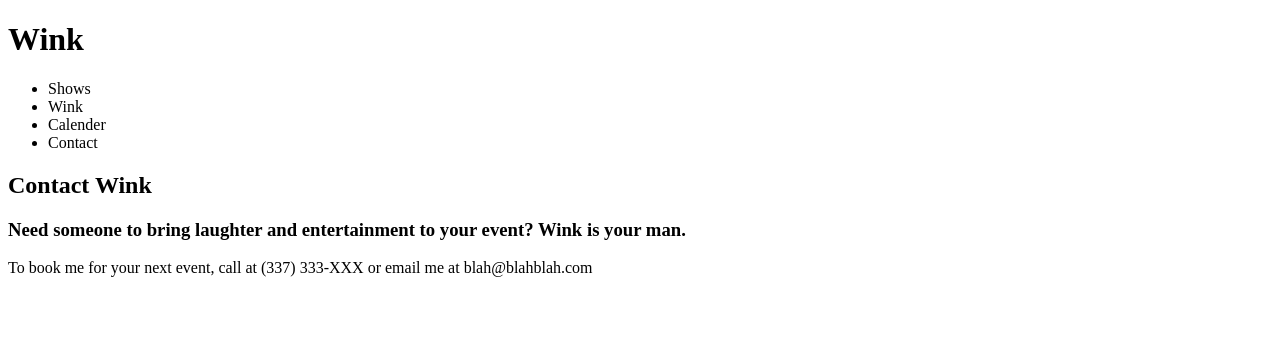
Repository: Sbethm/wink
Page: contact.html
An editor plug-in stored every save of this project. The page is shown before and after the next save, followed by the edit.
The browser window is 1280 px wide. The pictures show the whole page.

Above is the page before, as saved 2021-09-08 14:32:58.

After the next save:
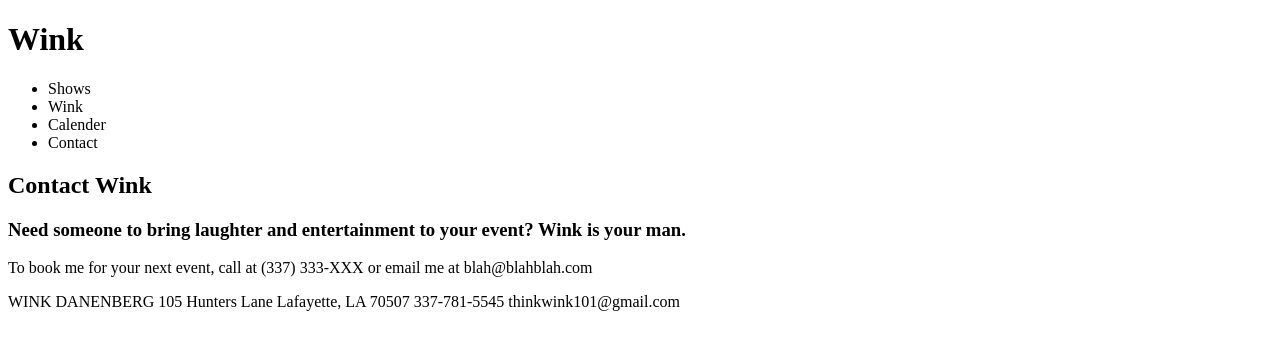
Saved 59 s later.
--- a/contact.html
+++ b/contact.html
@@ -26,6 +26,7 @@
             <h3 class="call-to-action">Need someone to bring laughter and entertainment to your event? Wink is your man.</h3>
             <p>To book me for your next event, call at (337) 333-XXX or email me at blah@blahblah.com</p>
         </div>
+        WINK DANENBERG 105 Hunters Lane Lafayette, LA 70507 337-781-5545 thinkwink101@gmail.com
     </main>
 </body>
 </html>
